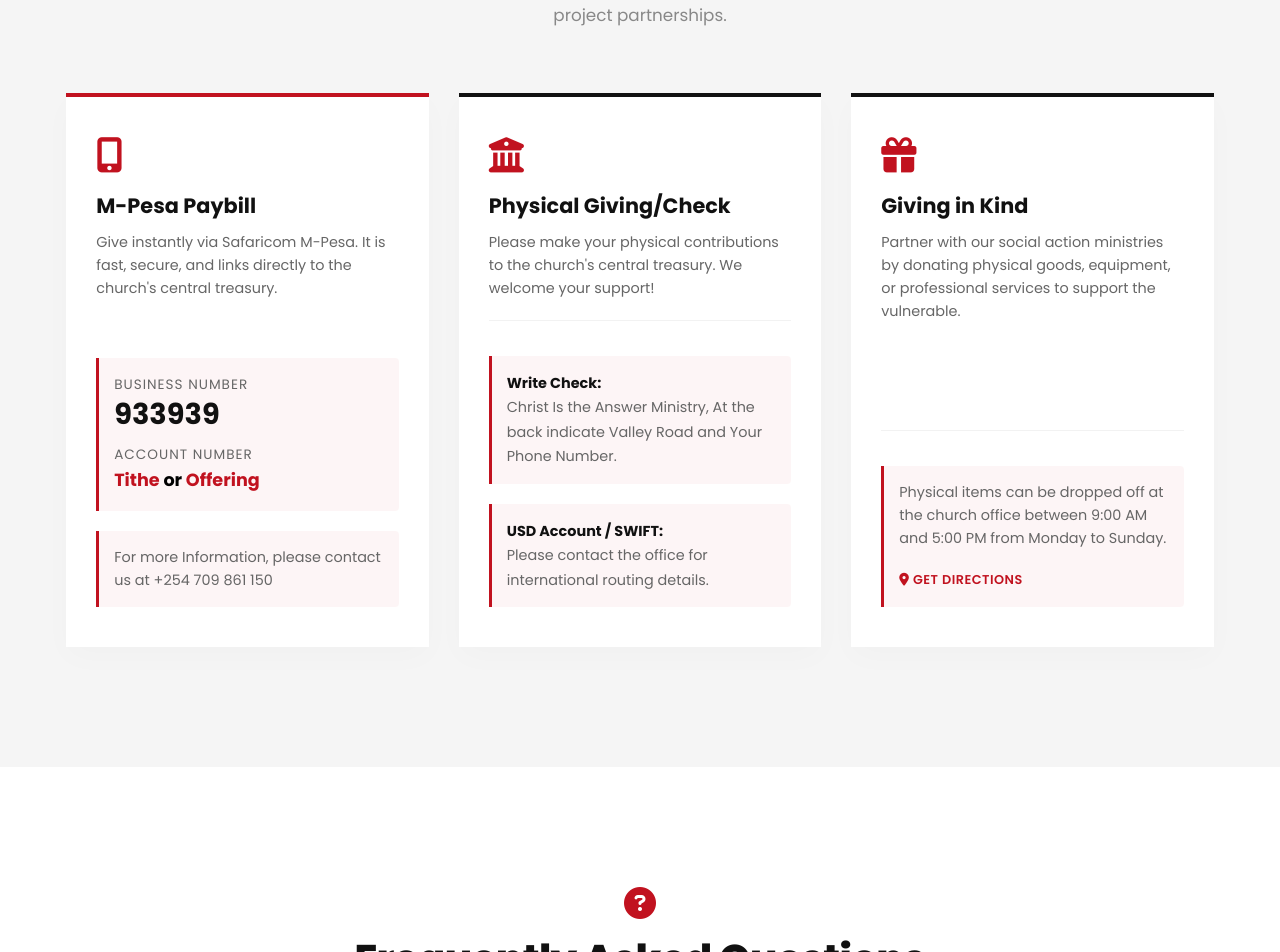
Repository: jereworks/CITAMVRD-Website
Page: give.html
These files come from the project's save history. The page is drawn as it stood at one moment and after a run of saves; the edit follows.
The browser window is 1280 px wide. The pictures show the part of the page from y = 728 to 1680 px (the page is 2565 px tall).

Above is the page before, as saved 2026-06-12 07:53:28.

After the next 3 saves:
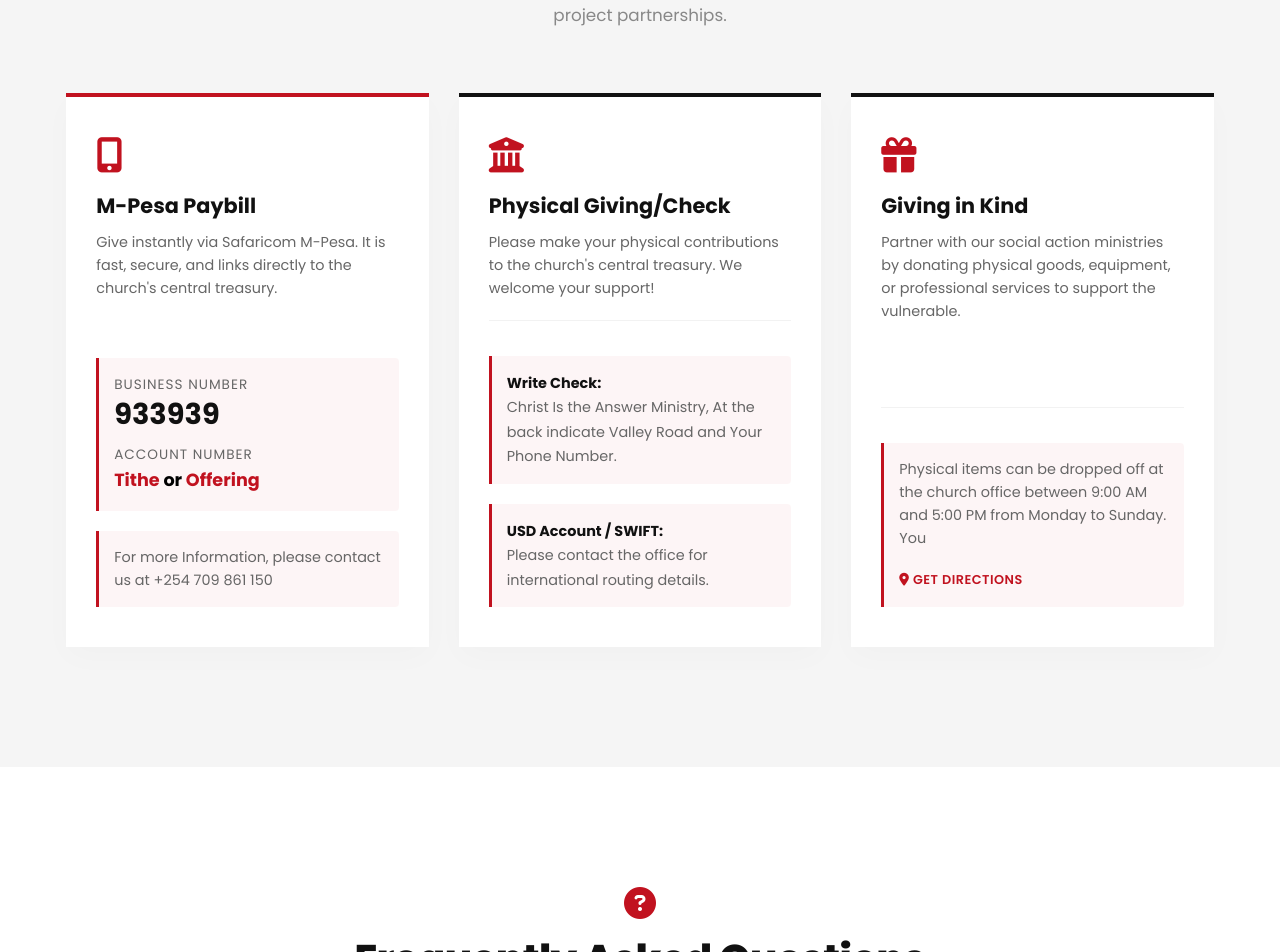
The 3 saves are shown as one change because they came seconds apart.
The last was saved 41 s later.
--- a/give.html
+++ b/give.html
@@ -139,7 +139,7 @@
 
                     <div style="border-top: 1px solid rgba(0,0,0,0.05); padding-top: 15px; margin-top: 20px;">
                         <div style="background: rgba(193, 18, 31, 0.04); border-left: 3px solid var(--primary); padding: 15px; margin-top: 20px; border-radius: 0 4px 4px 0;">
-                            <p style="font-size: 0.9rem; margin-bottom: 15px;">Physical items can be dropped off at the church office between 9:00 AM and 5:00 PM from Monday to Sunday.</p>
+                            <p style="font-size: 0.9rem; margin-bottom: 15px;">Physical items can be dropped off at the church office between 9:00 AM and 5:00 PM from Monday to Sunday. You </p>
                             <a href="contact.html" class="action-link" style="color: var(--primary);"><i class="fas fa-map-marker-alt"></i> Get Directions</a>
                         </div>
                     </div>

After the save that followed:
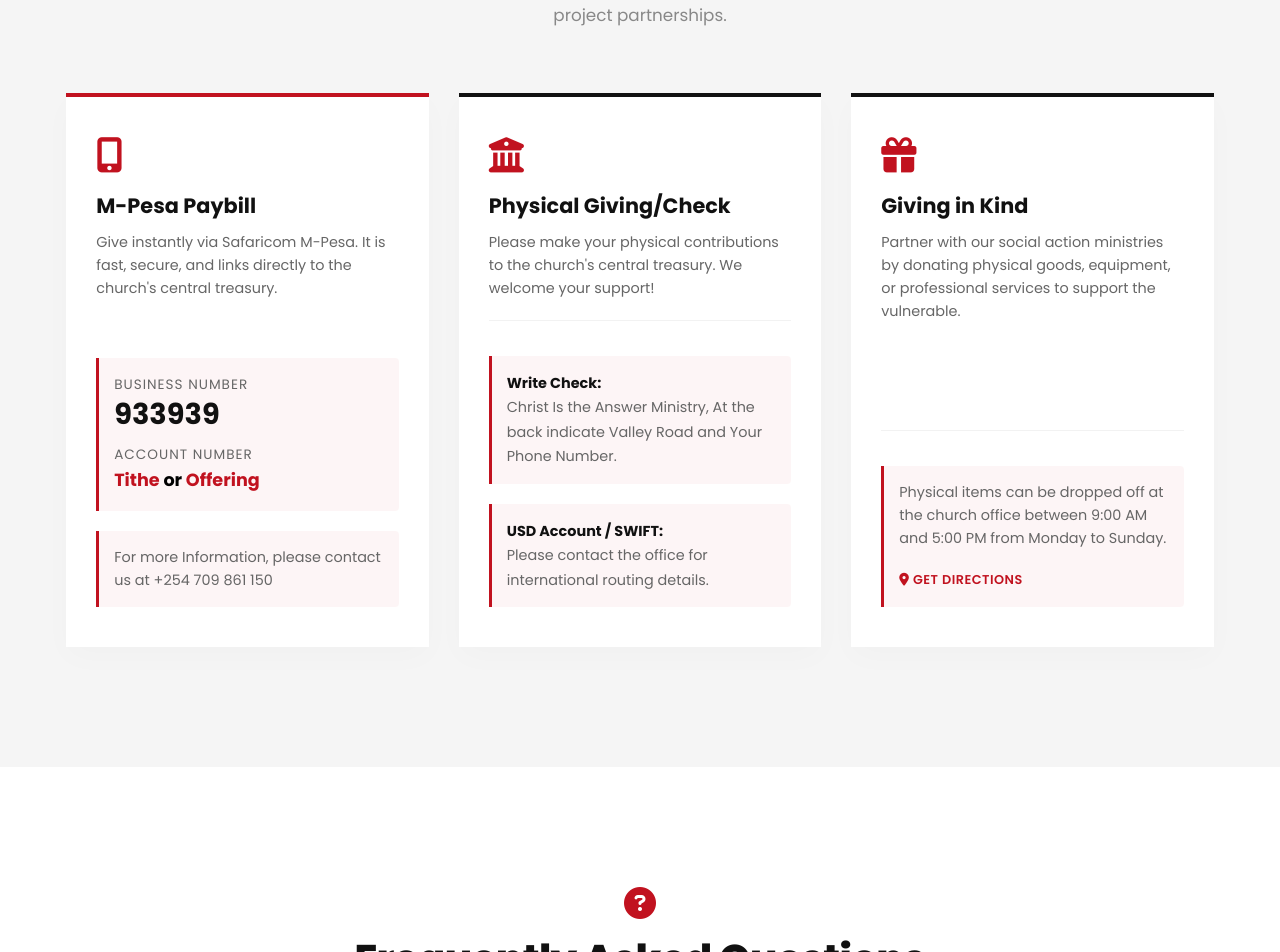
Saved 14 s later.
--- a/give.html
+++ b/give.html
@@ -139,7 +139,7 @@
 
                     <div style="border-top: 1px solid rgba(0,0,0,0.05); padding-top: 15px; margin-top: 20px;">
                         <div style="background: rgba(193, 18, 31, 0.04); border-left: 3px solid var(--primary); padding: 15px; margin-top: 20px; border-radius: 0 4px 4px 0;">
-                            <p style="font-size: 0.9rem; margin-bottom: 15px;">Physical items can be dropped off at the church office between 9:00 AM and 5:00 PM from Monday to Sunday. You </p>
+                            <p style="font-size: 0.9rem; margin-bottom: 15px;">Physical items can be dropped off at the church office between 9:00 AM and 5:00 PM from Monday to Sunday. </p>
                             <a href="contact.html" class="action-link" style="color: var(--primary);"><i class="fas fa-map-marker-alt"></i> Get Directions</a>
                         </div>
                     </div>
